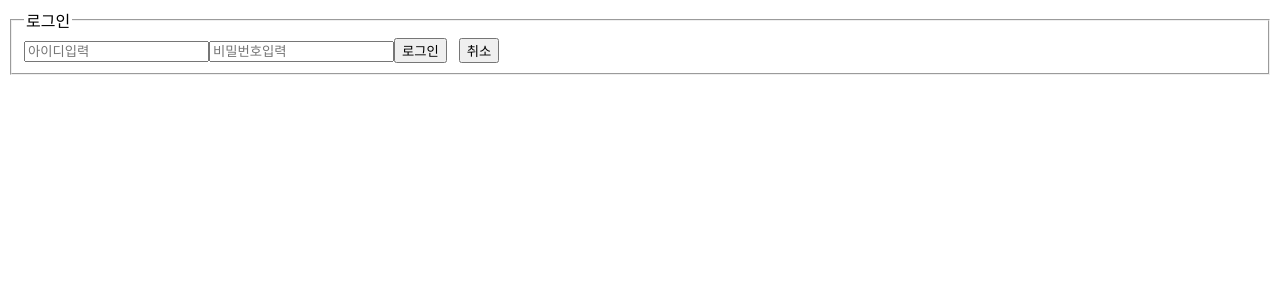
Repository: Rua1006/JSP
Page: http://localhost/practice01/login.jsp
These files come from the project's save history. The page is drawn as it stood at one moment and after the next save; the edit follows.
The browser window is 1280 px wide. The pictures show the whole page.
The page is served by Tomcat 9.

Above is the page before, as saved 2022-10-14 05:16:17.

After the next save:
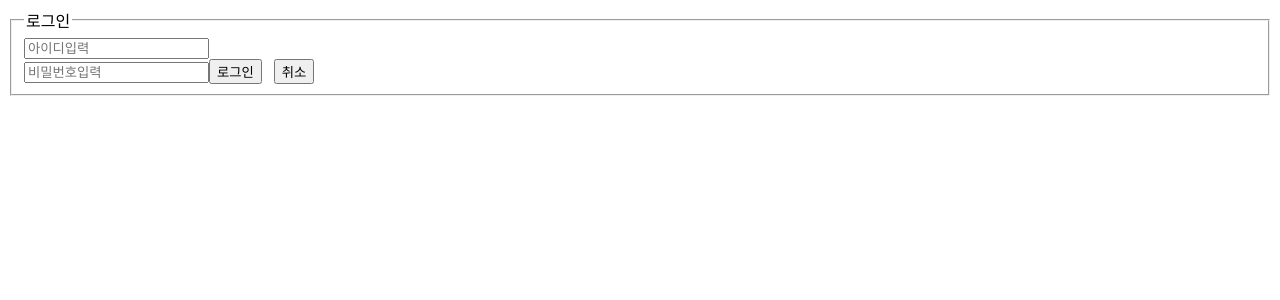
Saved 18 s later.
--- a/practice01/WebContent/login.jsp
+++ b/practice01/WebContent/login.jsp
@@ -13,7 +13,7 @@
 				<legend>로그인</legend>
 				<table>
 					<tbody>
-						<input type="text" name="id" id="id" placeholder="아이디입력">
+						<input type="text" name="id" id="id" placeholder="아이디입력"><br>
 						<input type="password" name="pw" id="pw" placeholder="비밀번호입력">
 						<input type="submit" value="로그인"> &nbsp
 						<input type="reset" value="취소">
